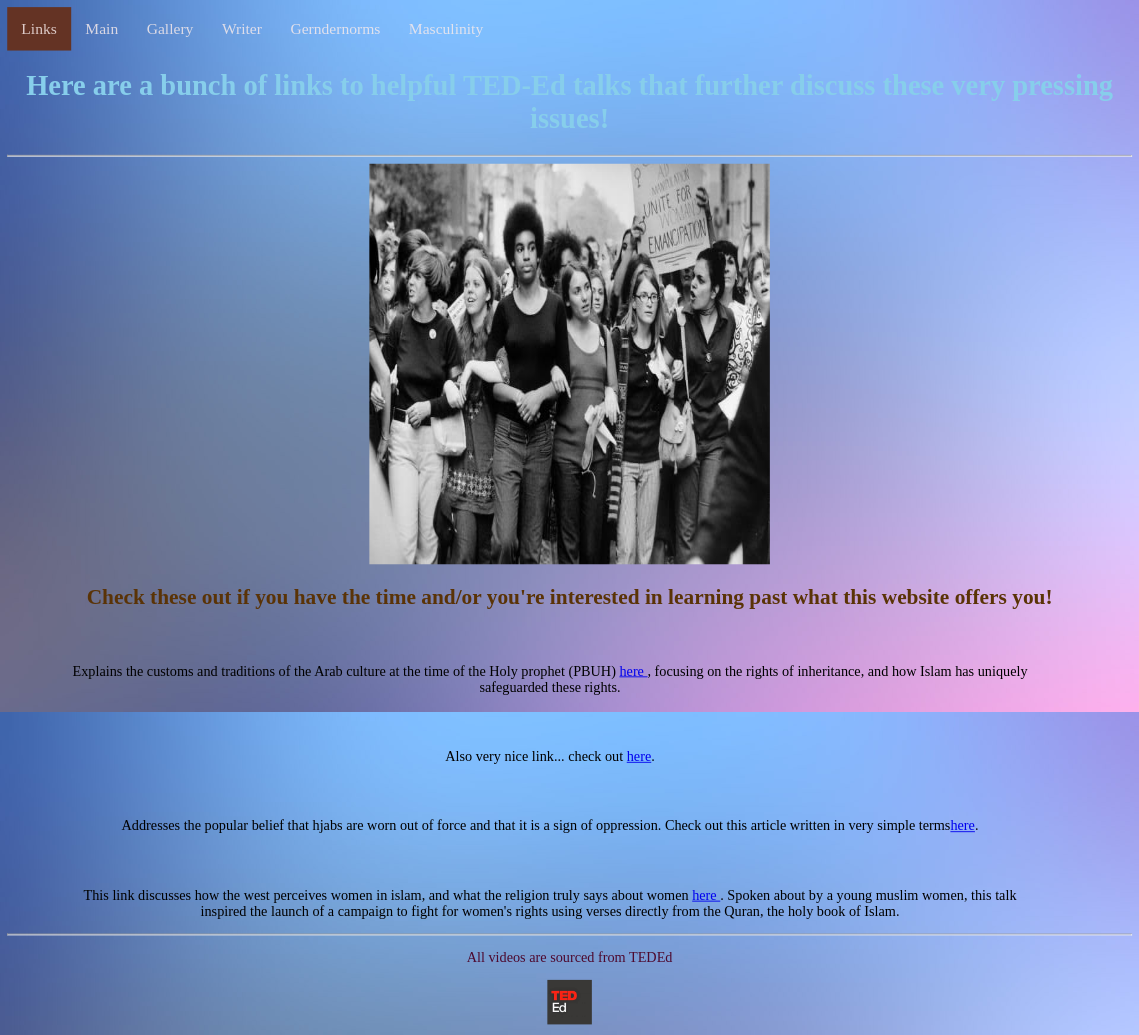
Repository: Lujaina-E/womens-rights-site
Page: links.html
The author's editor kept a copy of each file at every save. The page is drawn from the files as they stood at one save, then again after the next save.
The browser window is 1280 px wide. The pictures show the whole page, at 89% of full size.
Backgrounds fixed to the window are drawn as part of the page.

Above is the page before, as saved 2022-07-25 23:39:08.

### links.html
<!DOCTYPE html>
<html lang="en">
    <head>

        <link rel = "stylesheet" type = "text/css" href = "linksStyle.css">
        <title>Helpful Links</title>
        <link rel="apple-touch-icon-precomposed" sizes="57x57" href="favicon/favicomatic/apple-touch-icon-57x57.png" />
        <link rel="apple-touch-icon-precomposed" sizes="114x114" href="favicon/favicomatic/apple-touch-icon-114x114.png" />
        <link rel="apple-touch-icon-precomposed" sizes="72x72" href="favicon/favicomatic/apple-touch-icon-72x72.png" />
        <link rel="apple-touch-icon-precomposed" sizes="144x144" href="favicon/favicomatic/apple-touch-icon-144x144.png" />
        <link rel="apple-touch-icon-precomposed" sizes="60x60" href="favicon/favicomatic/apple-touch-icon-60x60.png" />
        <link rel="apple-touch-icon-precomposed" sizes="120x120" href="favicon/favicomatic/apple-touch-icon-120x120.png" />
        <link rel="apple-touch-icon-precomposed" sizes="76x76" href="favicon/favicomatic/apple-touch-icon-76x76.png" />
        <link rel="apple-touch-icon-precomposed" sizes="152x152" href="favicon/favicomatic/apple-touch-icon-152x152.png" />
        <link rel="icon" type="image/png" href="favicon/favicomatic/favicon-196x196.png" sizes="196x196" />
        <link rel="icon" type="image/png" href="favicon/favicomatic/favicon-96x96.png" sizes="96x96" />
        <link rel="icon" type="image/png" href="favicon/favicomatic/favicon-32x32.png" sizes="32x32" />
        <link rel="icon" type="image/png" href="favicon/favicomatic/favicon-16x16.png" sizes="16x16" />
        <link rel="icon" type="image/png" href="favicon/favicomatic/favicon-128.png" sizes="128x128" />
        <meta name="application-name" content="helpful Links"/>
        <meta name="msapplication-TileColor" content="#FFFFFF" />
        <meta name="msapplication-TileImage" content="favicon/favicomatic/mstile-144x144.png" />
        <meta name="msapplication-square70x70logo" content="favicon/favicomatic/mstile-70x70.png" />
        <meta name="msapplication-square150x150logo" content="favicon/favicomatic/mstile-150x150.png" />
        <meta name="msapplication-wide310x150logo" content="favicon/favicomatic/mstile-310x150.png" />
        <meta name="msapplication-square310x310logo" content="favicon/favicomatic/mstile-310x310.png" />

        <div class="topnav" id="myTopnav">
            <a href="Links.html" class="active">Links</a>
            <a href="index.html">Main</a>
            <a href="gallery.html">Gallery</a>
            <a href="founder.html">Writer</a>
            <a href="gendernorms.html">Gerndernorms</a>
            <a href="masculinity.html">Masculinity</a>
            <a href="javascript:void(0);" class="icon" onclick="myFunction()">
                <i class="fa fa-bars"></i>
            </a>
        </div>
    <body>
        <h1> Here are a bunch of links to helpful TED-Ed talks that further discuss these very pressing issues!</h1> <hr>
        <img id="womenPic" src="Pictures/women.jpg" alt="Please stand by. Your computer is experiencing some loading issues, refresh the page and retry">
        <section>
            <h2 class="header">Check these out if you have the time and/or you're interested in learning past what this website offers you!</h2>
            <p class="link-info">
                Explains the customs and traditions of the Arab culture at the time of the Holy prophet (PBUH) <a href="https://www.reviewofreligions.org/1555/islam-and-womens-rights/">here
                </a>, focusing on the rights of inheritance, and how Islam has uniquely safeguarded these rights.
            </p>
            <p class="link-info">
                Also very nice link... check out <a href="https://centerforinquiry.org/blog/islam-and-womens-rights/">here</a>.
            </p>
            <p class="link-info">
                Addresses the popular belief that hjabs are worn out of force and that it is a sign of oppression. Check out this article written in very simple terms<a href="https://hidjabaya.com/blogs/news/10-reasons-why-muslim-women-wear-hijab">here</a>.
            </p>
            <p class="link-info">
                This link discusses how the west perceives women in islam, and what the religion truly says about women <a href="https://www.youtube.com/watch?v=FETryXMpDl8">here
                </a>. Spoken about by a young muslim women, this talk inspired the launch of a campaign to fight for women's rights
                using verses directly from the Quran, the holy book of Islam.
            </p>
            <hr>
        </section>
    </body>

        <footer>
            <p id ="Footer_tag"> All videos are sourced from TEDEd</p>
            <img id="Footer_pic" src="Pictures/ted.jpg" alt="Loading error, please stand by and check connection">
        </footer>

</html>

### linksStyle.css
            h4{
               text-align: left;
            }

            body{
                /* background-color: oldlace; */
                text-align: center;
                background-image: url('Pictures/backdrop.jpg');
                background-repeat: no-repeat;
                background-position: center center;
                background-size: cover;
                background-attachment: fixed;
            }

            h1{
                color: skyblue;
            }

            #womenPic{
                width: 450px;
                height: 450px;
            }

            .header{
                color: rgb(90, 51, 6);
            }

            body > p {
                color: darkslategray;
            }

            #Footer_tag{
                color:rgb(77, 9, 46);
                font: timesNewRoman;
                text-align: center;
            }

            #Footer_pic{
                width: 50px;
                height: 50px;
            }

            .topnav {
                overflow: hidden;
              }

              .topnav a {
                float: left;
                display: block;
                color: rgba(247, 235, 235, 0.829);
                text-align: center;
                padding: 14px 16px;
                text-decoration: none;
                font-size: 17.5px;
              }

              .topnav a:hover {
                color: rgb(88, 26, 26);
              }

              .topnav a.active {
                background-color: #643324;
                color: rgba(247, 235, 235, 0.829);
              }

              .topnav .icon {
                display: none;
              }

                @media screen and (max-width: 600px) {
                    .topnav a:not(:first-child) {display: none;}
                    .topnav a.icon {
                    float: right;
                    display: block;
                    }
                }

                @media screen and (max-width: 600px) {
                    .topnav.responsive {position: relative;}
                    .topnav.responsive a.icon {
                    position: absolute;
                    right: 0;
                    top: 0;
                    }
                    .topnav.responsive a {
                    float: none;
                    display: block;
                    text-align: left;
                    }
                }

              .link-info{
                width: 1100px;
                margin-left: 60px;
                margin-top: 60px;
                }

After the next save:
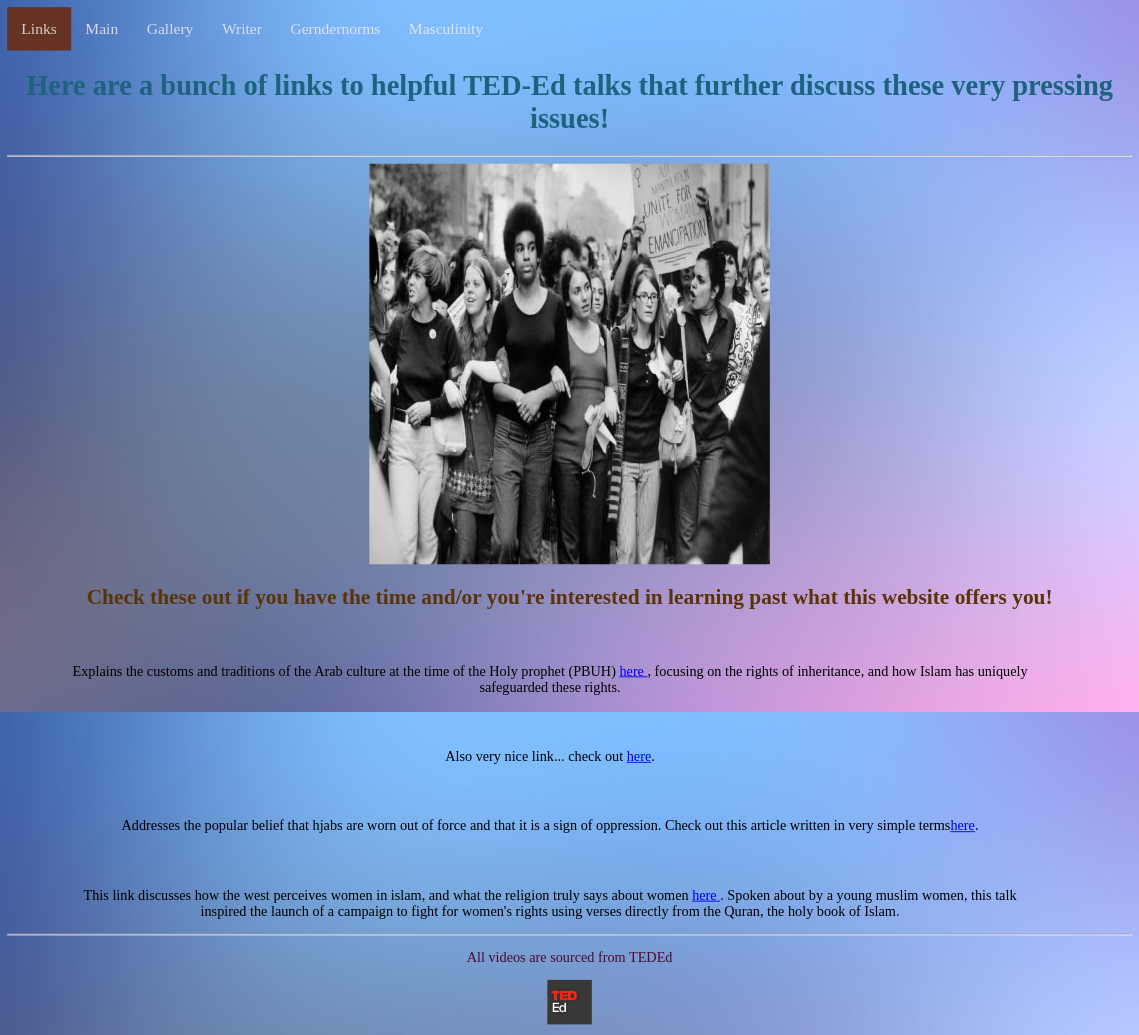
Saved 44 s later.
--- a/linksStyle.css
+++ b/linksStyle.css
@@ -13,7 +13,7 @@
             }
 
             h1{
-                color: skyblue;
+                color: rgb(30, 99, 126);
             }
 
             #womenPic{
